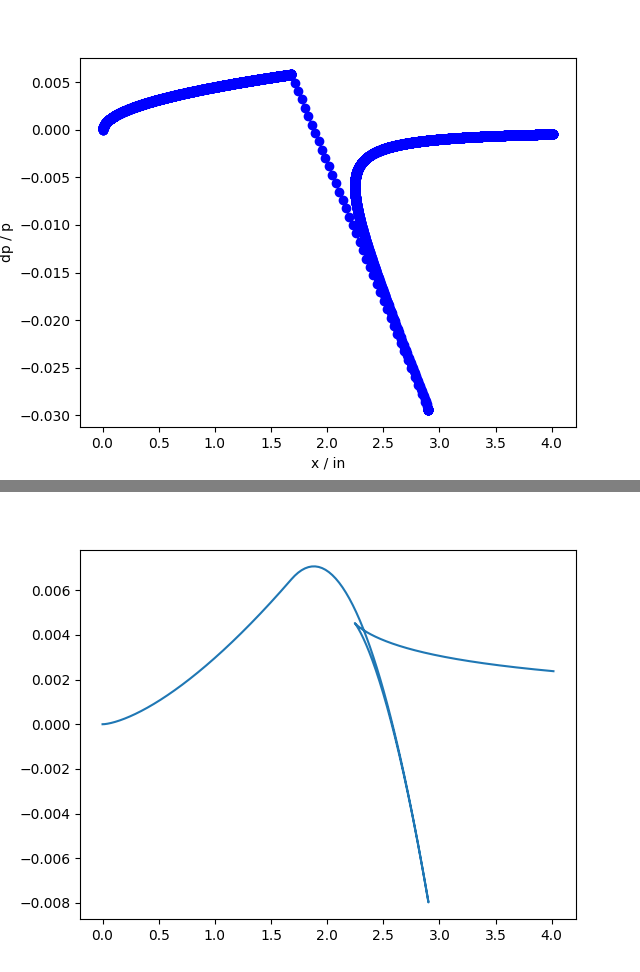
Repository: leiradom/Modified-linear-theory
Script's output: python 3_Shock_correction.py
These files come from the project's save history. The script's output is drawn as it stood at one moment and after the next save; the edit follows.
Each picture stacks the figures in order, with grey between them; figures that are only written to a file come last. Random numbers start from a fixed seed.

Above is the script's output before, as saved 2021-04-19 16:13:16.

### 3_Shock_correction.py
'''
激波修正
本程序用于修正激波的非线性扭曲效应，修正方法为HB方法
'''

import math
import numpy as np
import matplotlib.pyplot as plt

pressure = np.loadtxt("model2_h5.txt",dtype=np.float64)   #存放未修正的压力信号
a = len(pressure)                                              #未加点时的点数

X = np.ones(a,dtype=np.float64)     #存放x的数组 用于加点用的横坐标数组
Y = np.ones(a,dtype=np.float64)     #存放y的数组 用于加点用的纵坐标数组
X1 = np.zeros(1,dtype=np.float64)
Y1 = np.zeros(1,dtype=np.float64)
b0 = 20                             #每一个 较大的距离之间增加的点数
x0 = np.zeros(b0+1,dtype=np.float64)
y0 = np.zeros(b0+1,dtype=np.float64)

#先将未修正压力信号存入X,Y中
for i in range(0,a):
    c = pressure[i][0]
    d = pressure[i][1]
    #ca = cau[i][1]
    X[i] = c
    Y[i] = d
'''
#没问题
X0 = X
Y0 = Y
'''

#------------1先找出第一个强间断的地方,已经核实，l0没有问题
for i0 in range(0,a-1):
    if(math.sqrt((X[i0+1] - X[i0])**2 + (Y[i0+1] - Y[i0])**2) >0.3):   #1.3
    #if((X[i+1] - X[i]) * (Y[i+1] - Y[i])):
        #px = i0                            #记录此时的i
        #print(px,X[i0])
        l00 = math.sqrt((X[i0+1] - X[i0])**2 + (Y[i0+1] - Y[i0])**2)
        l0 = l00 / 20                     #判断是否要插值的距离 只要大于20倍的最大距离，就要增加点数
        #h0 = ((X[i0+1] - X[i0])/(b0))
        #k0 = ((Y[i0+1] - Y[i0])/(X[i0+1] - X[i0]))  #两点间的斜率
        '''
        #x0[0] = X[i0]
        #y0[0] = Y[i0]
        for j in range(1,b0):
            x0[j] = x0[j-1] + h0
            y0[j] = y0[j-1] + k0 * (x0[j] - x0[j-1])
            print(x0[j],y0[j])
        for k in range(1,b0):
            X = np.insert(X,i0+k,x0[k])
            Y = np.insert(Y,i0+k,y0[k])
        #print(Y[i0]+k0*h0)
        '''
        break
#------------print(l00) #检验是不是，验证了，就是

#print(l0)


#2---------------------给距离较大的地方都进行加点
for i in range(0,a-1):
    #li = math.sqrt((X[i+1] - X[i])**2 + (Y[i+1] - Y[i])**2)
    k0 = ((Y[i+1] - Y[i])/(X[i+1] - X[i]))  #两点间的斜率
    h0 = ((X[i+1] - X[i])/(b0))   #每一个都离散成b个点
    x0[0] = X[i]
    X1 = np.append(X1,x0[0])
    y0[0] = Y[i]
    Y1 = np.append(Y1,y0[0])
    for j in range(1,b0):
        x0[j] = x0[j-1] + h0
        X1 = np.append(X1,x0[j])
        y0[j] = y0[j-1] + k0 * (x0[j] - x0[j-1])
        Y1 = np.append(Y1,y0[j])
    #X1 = np.append(X1,x0)
    #Y1 = np.append(Y1,y0)
    #print(a)
    #p0 = i

a0 = (len(X1))

#-------积分部分----------
F = np.ones(a0, dtype=np.float64)
F[0] = 0
F[a-1] = 0
s = 0
for i in range(0,a0-1):
    #if(X[i+1]>X[i]):
    s0 = 0.5 * (X1[i+1] - X1[i]) * (Y1[i+1] + Y1[i])
    #s0 = (((Y0[j+1] + Y0[j]) * (X[j + 1] - X[j])) / (2))    #第(j+1)个梯形的面积
    s = s0 + s    #S为最后的积分
    F[i+1] = s    #是i+1不是i
    #print(X[i],Y[i])
    #if(X[i+1]<X[i])
#------积分部分-----------

#-------输出加点效果----------
print("加点前点数：",len(pressure),"加点后点数：",len(X))
#plt.scatter(X0,Y0,c='r')
plt.xlabel("x / in")
plt.ylabel("dp / p")
plt.plot(X1,Y1,'-o',c='b')
plt.show()

#--------积分图像作图---------
plt.plot(X1,F)
plt.show()

Loaded but not shown: model3_h5.txt (699 lines, source omitted); model2_h5.txt (699 lines, source omitted)

After the next save:
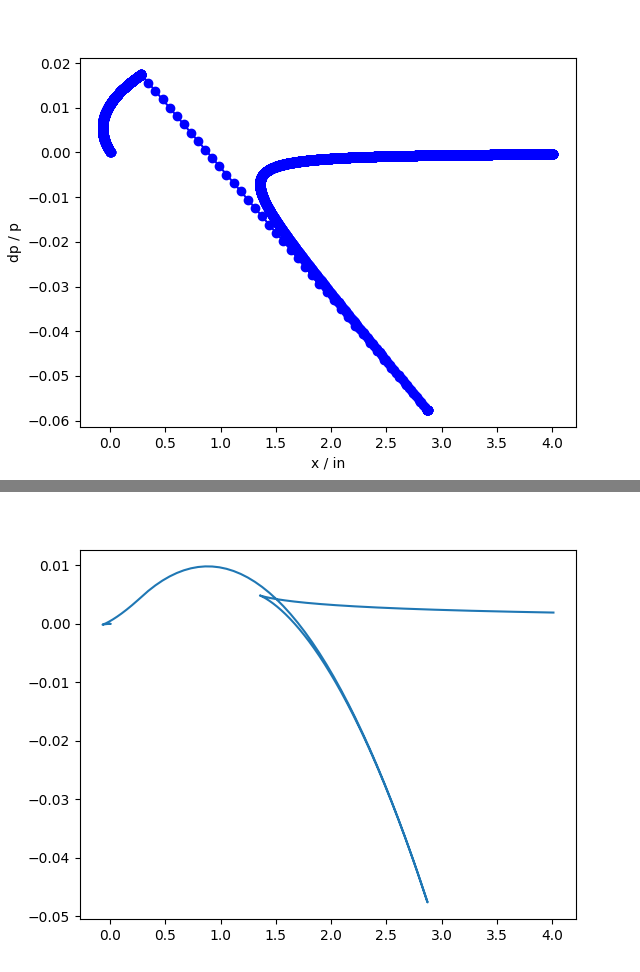
Saved 7 s later.
--- a/3_Shock_correction.py
+++ b/3_Shock_correction.py
@@ -7,7 +7,7 @@ import math
 import numpy as np
 import matplotlib.pyplot as plt
 
-pressure = np.loadtxt("model2_h5.txt",dtype=np.float64)   #存放未修正的压力信号
+pressure = np.loadtxt("model3_h5.txt",dtype=np.float64)   #存放未修正的压力信号
 a = len(pressure)                                              #未加点时的点数
 
 X = np.ones(a,dtype=np.float64)     #存放x的数组 用于加点用的横坐标数组
